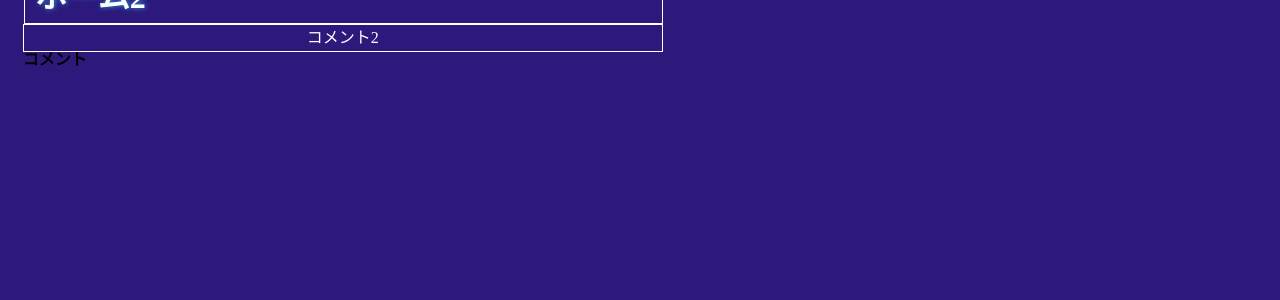
Repository: azuma2/tui2b
Page: http://localhost/come
An editor plug-in stored every save of this project. The page is shown before and after the next save, followed by the edit.
The browser window is 1280 px wide. The pictures show the whole page.
The page is served by the project's Laravel application, run on PHP 8.4 with Laravel 8. Other server files are loaded and not shown. Queries for data that is not in the repository find no rows.

Above is the page before, as saved 2022-03-29 02:30:38.

### routes/web.php
<?php

use Illuminate\Support\Facades\Route;
use App\Http\Controllers\Tui2Controller;

Route::get('/', [Tui2Controller::class, 'index']);
Route::post('/tui2/create', [Tui2Controller::class, 'create']);
Route::post('/tui2/update', [Tui2Controller::class, 'update']);
Route::post('/tui2/delete', [Tui2Controller::class, 'remove']);
Route::post('/', [Tui2Controller::class, 'post']);

Route::get('/comment', [Tui2Controller::class, 'index2'])->name('tui2.index2');
Route::get('/comment', [Tui2Controller::class, 'index3']);


Route::get('/come', [Tui2Controller::class, 'index4'])->name('tui2.index4');
Route::get('/come', [Tui2Controller::class, 'index5']);

Route::get('/reply/like/{id}', [RepliesController::class, 'like'])->name('reply.like');
Route::get('/reply/unlike/{id}', [RepliesController::class, 'unlike'])->name('reply.unlike');

### app/Http/Controllers/Tui2Controller.php
<?php

namespace App\Http\Controllers;

use App\Models\Tui2;
use Illuminate\Http\Request;
use Illuminate\Support\Facades\DB;

class Tui2Controller extends Controller
{
    public function index()
    {
        $items = Tui2::all();
        $items = DB::select('select * from tui2s');



        return view('index', ['items' => $items]);
    }

    public function create(Request $request)
    {
        $param = [
            'name' => $request->name,
            'content' => $request->content,


                ];
        $this->validate($request, Tui2::$rules);

        DB::insert('insert into tui2s (name,content) values (:name,:content)', $param);
        return redirect('/');
    }

    public function update(Request $request)
    {
         $param = [
            'id' => $request->id,
            'name' => $request->name,
            'content' => $request->content,

        ];
        $this->validate($request, Tui2::$rules);
        DB::update('update tui2s set name =:name, content =:content where id =:id', $param);
        return redirect('/');
    }

    public function remove(Request $request)
    {
        $param = ['id' => $request->id];
        DB::delete('delete from tui2s where id =:id', $param);
        return redirect('/');
    }




    public function index2()
    {
        //表示させたいviewを指定させる
        return view('comment', ['items' => $items]);
    }

        public function index3()
    {
        $items = Tui2::all();
        $items = DB::select('select * from tui2s');

        return view('comment', ['items' => $items]);
    }

    public function index4()
    {
        //表示させたいviewを指定させる
        return view('come', ['items' => $items]);
    }
    public function index5()
    {
        $items = Tui2::all();
        $items = DB::select('select * from tui2s');

        return view('come', ['items' => $items]);
    }



}

### app/Models/Tui2.php
<?php

namespace App\Models;

use App\Models\Tui2;
use Illuminate\Database\Eloquent\Factories\HasFactory;
use Illuminate\Database\Eloquent\Model;

class Tui2 extends Model

{
        use HasFactory;

    protected $fillable = ['content'];

    public static $rules = array(
        'content' => 'required|max:20',
    );






}

### resources/views/come.blade.php

<!DOCTYPE html>
<html lang="ja">
<head>
    <meta charset="UTF-8">
    <meta http-equiv="X-UA-Compatible" content="IE=edge">
    <meta name="viewport" content="width=device-width, initial-scale=1.0">
    <link rel="stylesheet" href="{{ asset('\resources\views\layouts\reset.css') }}" >
    <title>コメント画面</title>
    <style>
    body {
      font-size:16px;
      margin: 5px;
      background-color: #2d197c;
    }


        td {
      padding: 5px 10px;
      text-align: center;


    }


    tr{
      border: solid;border-color: #fff;
      border-width: 1px;
    }



    table{
    border-collapse: collapse;
    }

    .kakomi{
      border: solid;
    }

    .icon{
        height: 25px;
      width: 25px;
}

    .narabe{
      display:flex;
        flex-flow: column;
    }

    .button {
    background-image:url(/../img/cross.png);
    background-size: 25px;
       height: 25px;
      width: 25px;
    cursor: pointer;
    transition: 0.4s;
    outline: none;
    border: none;
    background-color: transparent;
}


    .card {
    width: 50vw;
    padding: 10px;
    position: absolute;
    top: -40px;
    left: 1%;

    border-radius: 10px;

}
    h1 {
      font-size:32px;
      color:white;
      text-shadow:1px 0 5px #289ADC;
      margin-left: 1px;


    }

    .title{
          border: solid;border-color: #fff;
          border-width: 1px;
          padding: 10px;

    }
    .content {
      margin:10px;
    }

    .bgazou{
      background-image: url(img/detail.png);
    }

    p{

color: #fff;

    }

    .comment{
      text-align: left;
    }
    .name{
font-size:28px;
     display: inline;
    }



    </style>
  </head>
  <body>
  <div class="container">
    <div class="card">
      <h1 class="title">ホーム2</h1>
            <div class="tui2">
              @if ($errors->has('content'))
                  <tr>
                    <th>ERROR</th>
                  <td>
                  {{$errors->first('content')}}
                </td>
            </tr>
          @endif




          <div class="narabe">
        <table>
            @csrf


                    <tr>
            @foreach ($items as $item)
            <td>

<p class="comment">{{$item->name}}</p>
            </td>

<div></div>

            <form action="/tui2/update" method="post">
              @csrf

              <td>
                <p class="name"></p>
                <img class="icon" src="/../img/heart.png">
              </td>
                          <td>
                            </form>
              <form action="/tui2/delete" method="post" >
                    @csrf
                <input  type="hidden" name="id" value="{{$item->id}}" >
                <input class="button" type="submit" value="" >
              </form>
            </td>
            <td>
              <a href="{{ url('index') }}"><img class="icon" src="/../img/feather.png"></a>
            </td>
              <td>

                <p class="comment">{{$item->content}}</p>
              </td>



          </tr>
          @endforeach

 <tr>
   <td>
<p class="title2">コメント2</p>
</td>
</tr>

                  </table>
</div>
      </div>
      <h3 class="title2">コメント</h3>
    </div>

  </div>

  </div>



</body>
</html>

### resources/views/layouts/reset.css
/*
html5doctor.com Reset Stylesheet
v1.6.1
Last Updated: 2010-09-17
Todo: Richard Clark - http://richclarkdesign.com
Twitter: @rich_clark
*/

html, body, div, span, object, iframe,
h1, h2, h3, h4, h5, h6, p, blockquote, pre,
abbr, address, cite, code,
del, dfn, em, img, ins, kbd, q, samp,
small, strong, sub, sup, var,
b, i,
dl, dt, dd, ol, ul, li,
fieldset, form, label, legend,
table, caption, tbody, tfoot, thead, tr, th, td,
article, aside, canvas, details, figcaption, figure,
footer, header, hgroup, menu, nav, section, summary,
time, mark, audio, video {
    margin:0;
    padding:0;
    border:0;
    outline:0;
    font-size:100%;
    vertical-align:baseline;
    background:transparent;
}

body {
    line-height:1;
}

article,aside,details,figcaption,figure,
footer,header,hgroup,menu,nav,section {
    display:block;
}

nav ul {
    list-style:none;
}

blockquote, q {
    quotes:none;
}

blockquote:before, blockquote:after,
q:before, q:after {
    content:'';
    content:none;
}

a {
    margin:0;
    padding:0;
    font-size:100%;
    vertical-align:baseline;
    background:transparent;
}

/* change colours to suit your needs */
ins {
    background-color:#ff9;
    color:#000;
    text-decoration:none;
}

/* change colours to suit your needs */
mark {
    background-color:#ff9;
    color:#000;
    font-style:italic;
    font-weight:bold;
}

del {
    text-decoration: line-through;
}

abbr[title], dfn[title] {
    border-bottom:1px dotted;
    cursor:help;
}

table {
    border-collapse:collapse;
    border-spacing:0;
}

/* change border colour to suit your needs */
hr {
    display:block;
    height:1px;
    border:0;
    border-top:1px solid #cccccc;
    margin:1em 0;
    padding:0;
}

input, select {
    vertical-align:middle;
}

Loaded but not shown: app/Http/Controllers/Controller.php (common file)

After the next save:
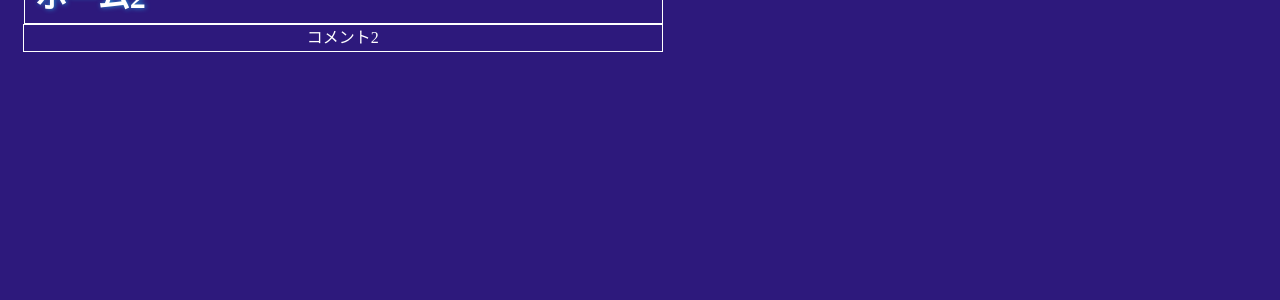
Saved 29 s later.
--- a/resources/views/come.blade.php
+++ b/resources/views/come.blade.php
@@ -180,7 +180,6 @@ font-size:28px;
                   </table>
 </div>
       </div>
-      <h3 class="title2">コメント</h3>
     </div>
 
   </div>
